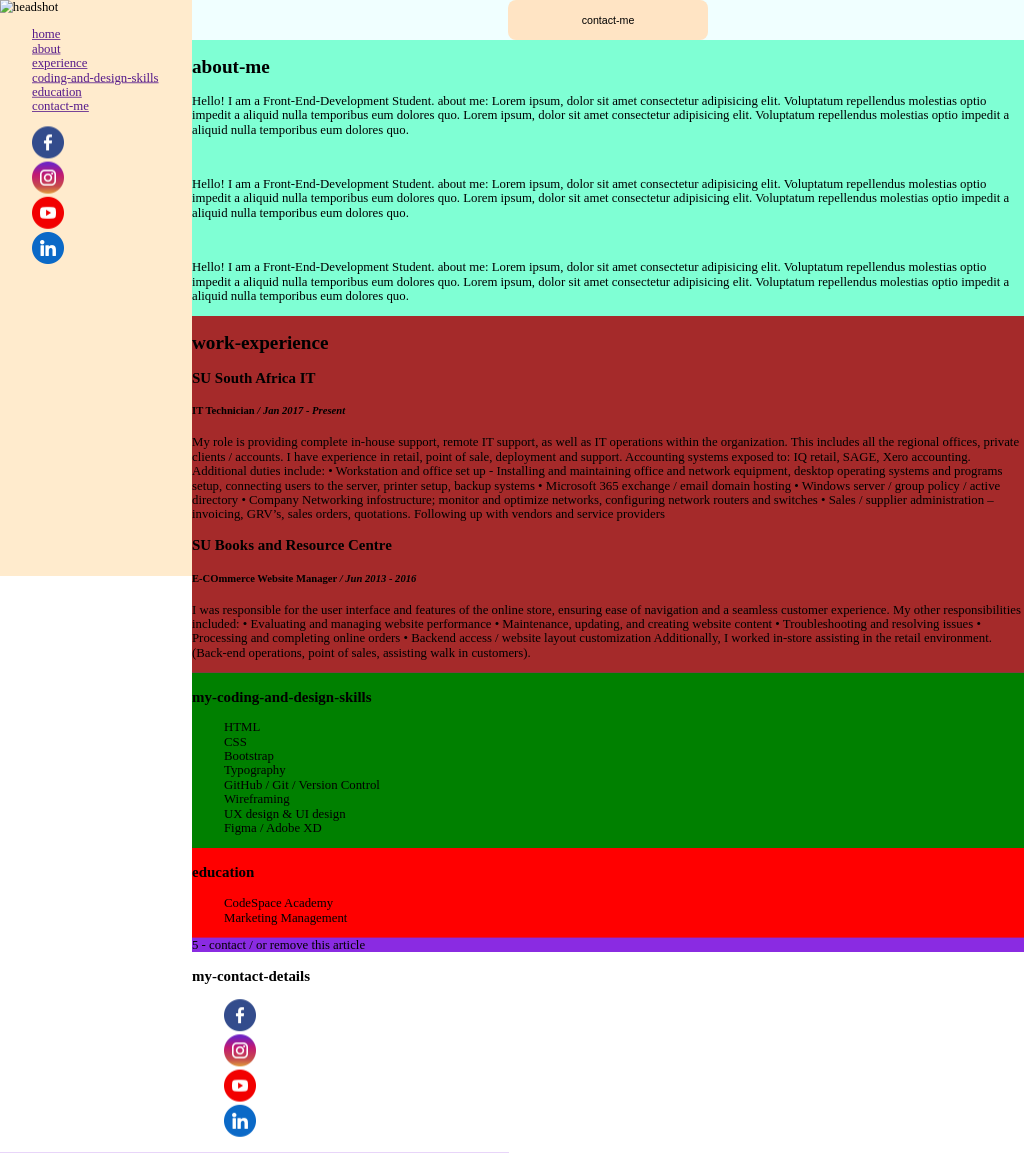
Repository: WesleyErasmus/MyDigitalResume-5
Page: index.html
The author's editor kept a copy of each file at every save. The page is drawn from the files as they stood at one save, then again after the next save.
The browser window is 1280 px wide. The pictures show the whole page, at 80% of full size.

Above is the page before, as saved 2022-02-25 16:28:14.

### index.html
<!DOCTYPE html>
<html lang="en">

<head>
    <meta charset="UTF-8">
    <meta http-equiv="X-UA-Compatible" content="IE=edge">
    <meta name="viewport" content="width=device-width, initial-scale=1.0">
    <title>Wesley Erasmus Digital Resume 5</title>
    <link rel="stylesheet" href="stylesheet.css">
</head>

<body>
    <!-- look into using use hr tag -->
    <header>
        <span>
            <button id="contact-me-btn">contact-me</button>
        </span>
    </header>
    <nav>
        <img src="" alt="headshot">
        <ul class="nav-btns">
            <li><a href="">home</a></li>
            <li><a href="">about</a></li>
            <li><a href="">experience</a></li>
            <li><a href="">coding-and-design-skills</a></li>
            <li><a href="">education</a></li>
            <li><a href="">contact-me</a></li>
        </ul>
        <ul class="social-media-links">
            <li><a href="https://www.facebook.com/codespaceza" target="_blank"><img src="/icons/facebook.png"
                        alt="Facebook" width="40px" height="40px"></a></li>
            <li><a href="https://www.instagram.com/codespaceza/" target="_blank"><img src="icons/instagram.png"
                        alt="Instagram" width="40px" height="40px"></a></li>
            <li><a href="https://www.youtube.com/channel/UCfmXJliguiwBv2QlRzWdrxA" target="_blank"><img
                        src="icons/youtube.png" alt="YouTube" width="40px" height="40px"></a></li>
            <li><a href="https://www.linkedin.com/school/codespaceza/" target="_blank"><img src="icons/linkedin.png"
                        alt="LinkedIn" width="40px" height="40px"></a></li>
        </ul>
    </nav>
    <main>
        <article class="about-me">
            <h1>about-me</h1>
            <p>Hello! I am a Front-End-Development Student. about me: Lorem ipsum, dolor sit amet consectetur
                adipisicing elit. Voluptatum repellendus molestias optio impedit a aliquid nulla temporibus eum
                dolores quo. Lorem ipsum, dolor sit amet consectetur adipisicing elit. Voluptatum repellendus
                molestias optio impedit a aliquid nulla temporibus eum dolores quo.</p>
            <br>
            <p>Hello! I am a Front-End-Development Student. about me: Lorem ipsum, dolor sit amet consectetur
                adipisicing elit. Voluptatum repellendus molestias optio impedit a aliquid nulla temporibus eum
                dolores quo. Lorem ipsum, dolor sit amet consectetur adipisicing elit. Voluptatum repellendus
                molestias optio impedit a aliquid nulla temporibus eum dolores quo.</p>
            <br>
            <p>Hello! I am a Front-End-Development Student. about me: Lorem ipsum, dolor sit amet consectetur
                adipisicing elit. Voluptatum repellendus molestias optio impedit a aliquid nulla temporibus eum
                dolores quo. Lorem ipsum, dolor sit amet consectetur adipisicing elit. Voluptatum repellendus
                molestias optio impedit a aliquid nulla temporibus eum dolores quo.</p>
        </article>
        <article class="job-experience">
            <h1>work-experience</h1>
            <h3>SU South Africa IT</h3>
            <h5>IT Technician <em>/ Jan 2017 - Present</em></h5>
            <p>My role is providing complete in-house support, remote IT support, as well as IT operations within the
                organization. This includes all the regional offices, private clients / accounts. I have experience in
                retail, point of sale, deployment and support. Accounting systems exposed to: IQ retail, SAGE, Xero
                accounting. Additional duties include:
                • Workstation and office set up - Installing and maintaining office and network equipment, desktop
                operating systems and programs setup, connecting users to the server, printer setup, backup systems
                • Microsoft 365 exchange / email domain hosting
                • Windows server / group policy / active directory
                • Company Networking infostructure; monitor and optimize networks, configuring network routers and
                switches
                • Sales / supplier administration – invoicing, GRV’s, sales orders, quotations. Following up with
                vendors and service providers</p>
            <h3>SU Books and Resource Centre</h3>
            <h5>E-COmmerce Website Manager <em>/ Jun 2013 - 2016</em></h5>
            <p>I was responsible for the user interface and features of the online store, ensuring ease of navigation and a seamless customer experience. My other responsibilities included:
                • Evaluating and managing website performance
                • Maintenance, updating, and creating website content
                • Troubleshooting and resolving issues
                • Processing and completing online orders
                • Backend access / website layout customization
                Additionally, I worked in-store assisting in the retail environment. (Back-end operations, point of sales, assisting walk in customers).</p>

        </article>
        <article class="coding-and-design-skills">
            <h3>my-coding-and-design-skills</h3>
            <ul>
                <li>HTML</li>
                <li>CSS</li>
                <li>Bootstrap</li>
                <li>Typography</li>
                <li>GitHub / Git / Version Control</li>
                <li>Wireframing</li>
                <li>UX design & UI design</li>
                <li>Figma / Adobe XD</li>
            </ul>
        </article>
        <article class="education">
            <h3>education</h3>
            <ul>
                <li>CodeSpace Academy</li>
                <li>Marketing Management</li>
            </ul>

        </article>
        <article>
            5 - contact / or remove this article
        </article>
    </main>
    <footer>
        <h3>my-contact-details</h3>

        <ul class="social-media-links">
            <li><a href="https://www.facebook.com/codespaceza" target="_blank"><img src="/icons/facebook.png"
                        alt="Facebook" width="40px" height="40px"></a></li>
            <li><a href="https://www.instagram.com/codespaceza/" target="_blank"><img src="icons/instagram.png"
                        alt="Instagram" width="40px" height="40px"></a></li>
            <li><a href="https://www.youtube.com/channel/UCfmXJliguiwBv2QlRzWdrxA" target="_blank"><img
                        src="icons/youtube.png" alt="YouTube" width="40px" height="40px"></a></li>
            <li><a href="https://www.linkedin.com/school/codespaceza/" target="_blank"><img src="icons/linkedin.png"
                        alt="LinkedIn" width="40px" height="40px"></a></li>
        </ul>
    </footer>

</body>

</html>

### stylesheet.css
* {
    box-sizing: border-box;
    list-style-type: none;
}
body {
    margin: 0 0 0 240px;
    padding: 0;
}
header {
    background-color: azure;
    text-align: center;
}
button#contact-me-btn {
    background-color: bisque;
    width: 250px;
    height: 50px;
    border-radius: 10px;
    border: none;
}
nav {
    background-color: blanchedalmond;
    float: left;
    position: fixed;
    left: 0;
    overflow-y: auto;
    overflow-x: hidden;
    height: 100vh;
    min-height: 100vh;
    top: 0;
    width: 240px;
    z-index: 1;
}
main {
    background-color: blueviolet;
    position: relative;
    display: block;
    width: 100%;
}
article.about-me {
    background-color: aquamarine;
    overflow-x: hidden;
    /* Will need to use the two above stylings for other elements in main container  */
}
article.job-experience {
    background-color:brown;
    overflow-x: hidden;
}
article.coding-and-design-skills{
    background-color:green;
    overflow-x: hidden;
}
article.education {
    background-color:red;
    overflow-x: hidden;
}

After the next save:
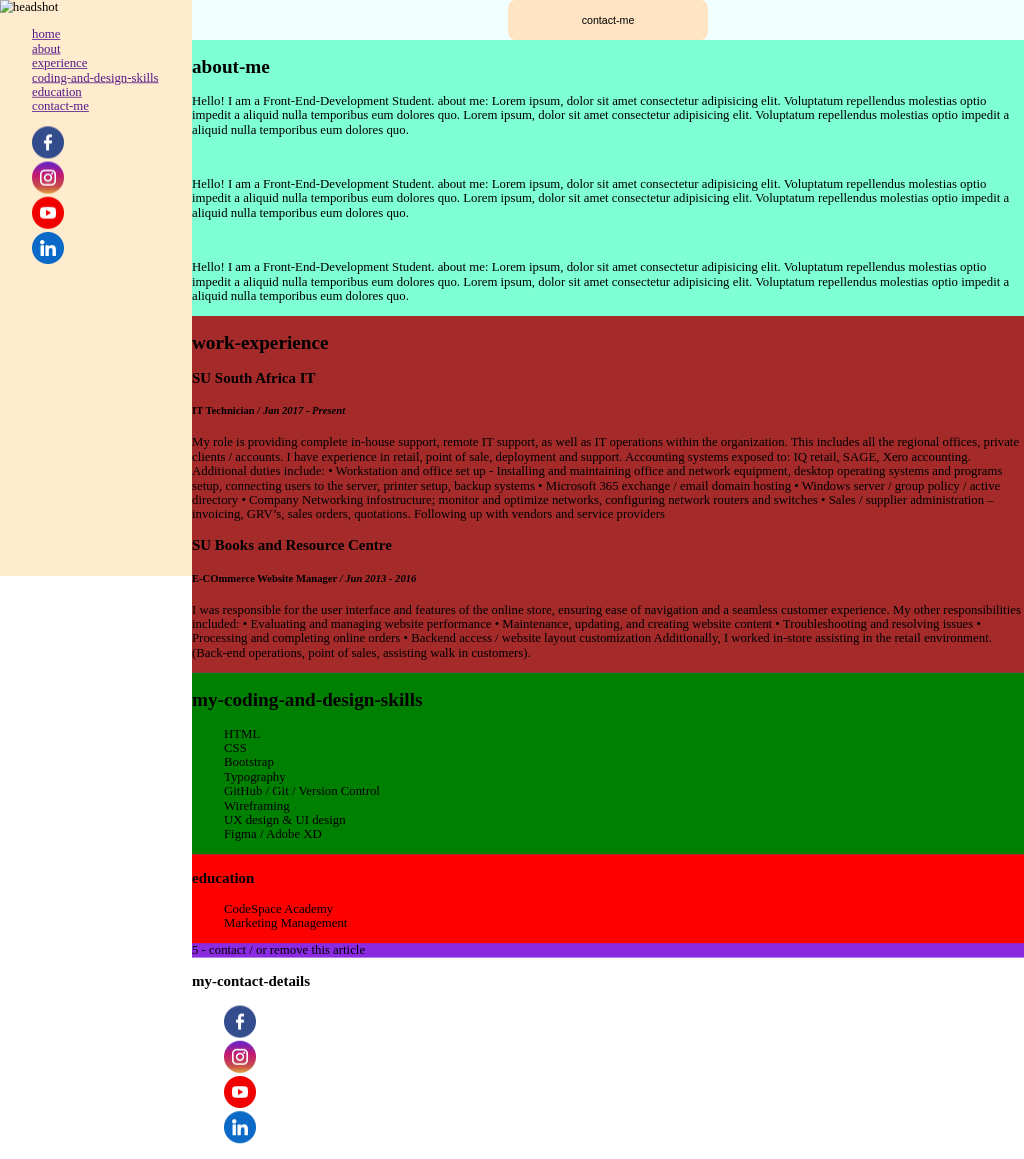
Saved 18 s later.
--- a/index.html
+++ b/index.html
@@ -83,7 +83,7 @@
 
         </article>
         <article class="coding-and-design-skills">
-            <h3>my-coding-and-design-skills</h3>
+            <h1>my-coding-and-design-skills</h1>
             <ul>
                 <li>HTML</li>
                 <li>CSS</li>
